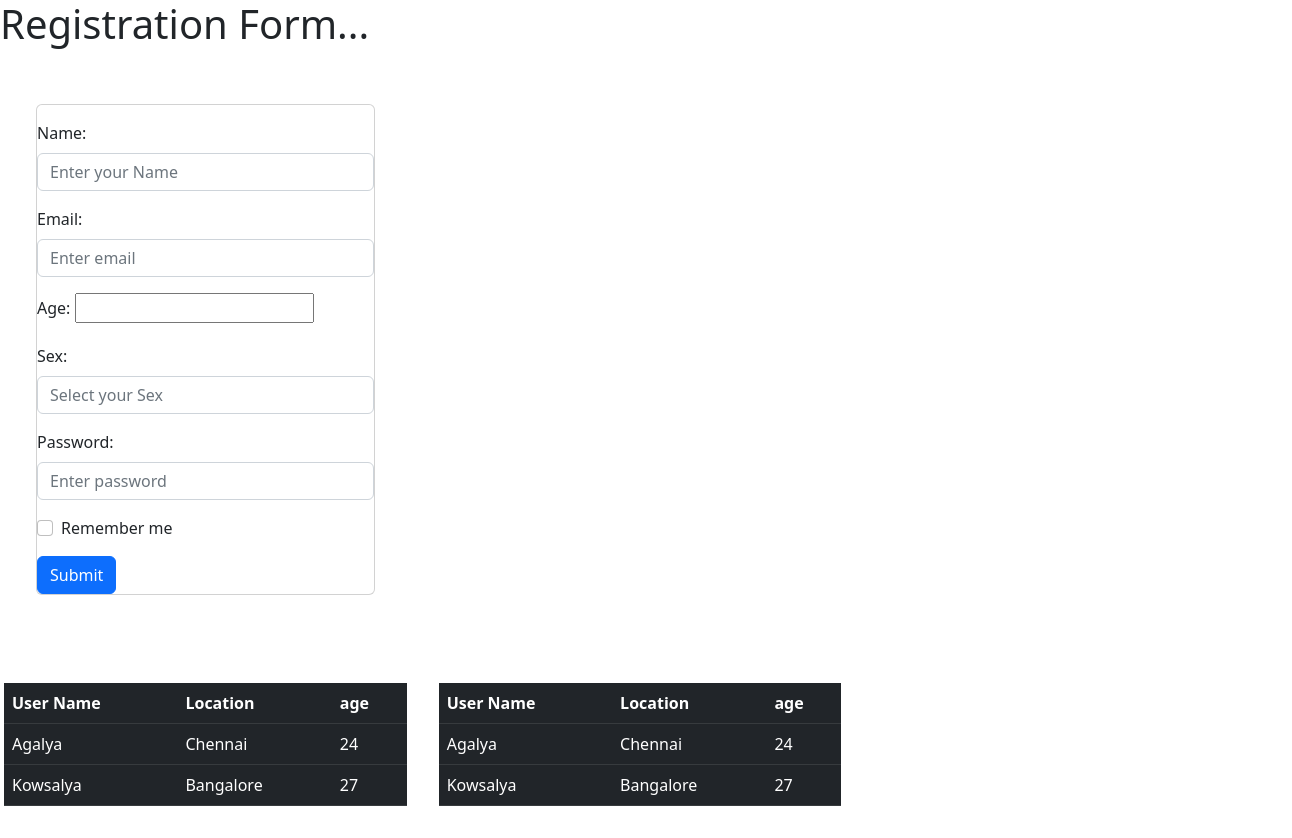
Repository: rajeshkannane/java1
Page: Form/public/index.html
These files come from the project's save history. The page is drawn as it stood at one moment and after the next save; the edit follows.
The browser window is 1280 px wide. The page is 1292 px wide, so the pictures cover 1292 px, including what lies to the right of the window. The pictures show the whole page.

Above is the page before, as saved 2022-11-16 12:42:31.

After the next save:
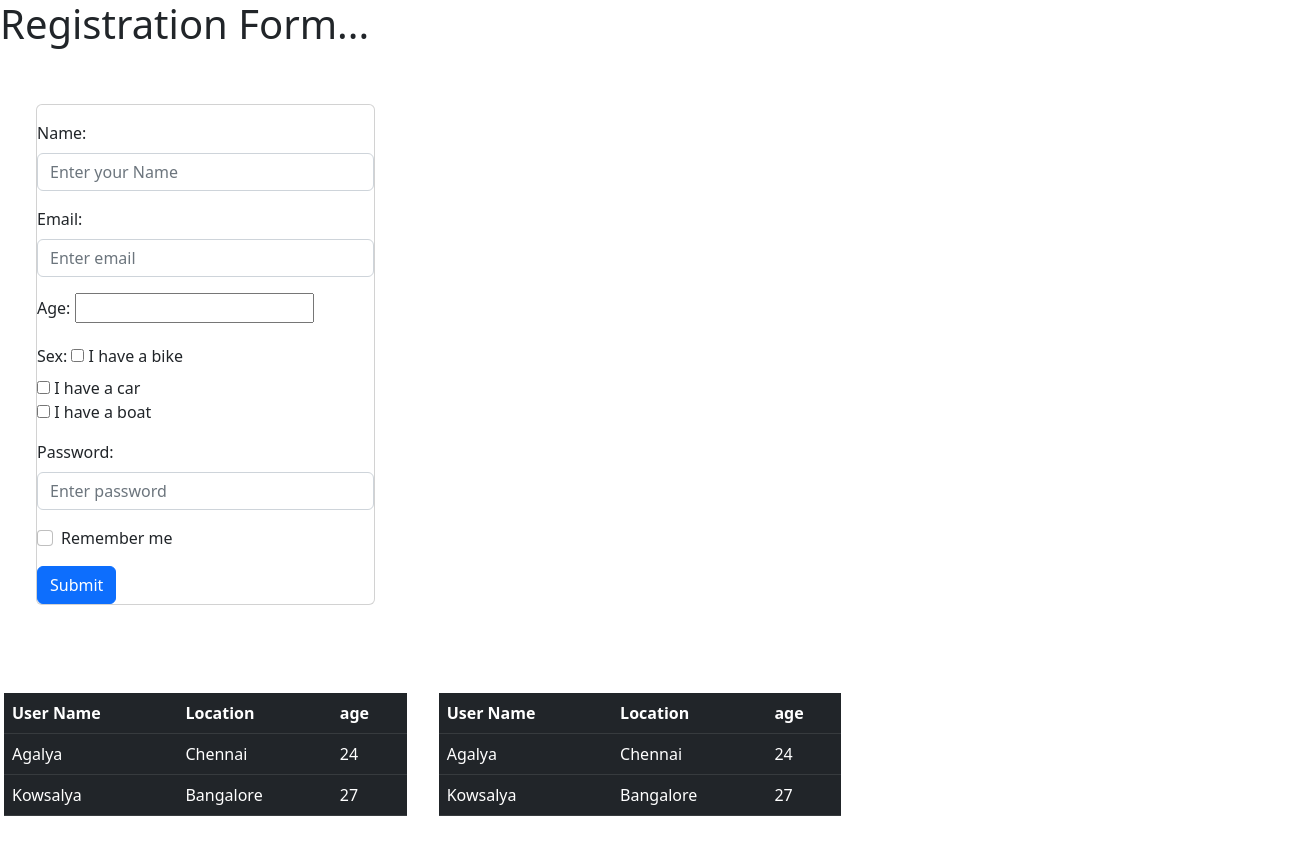
Saved 2 min 13 s later.
--- a/Form/public/index.html
+++ b/Form/public/index.html
@@ -27,7 +27,14 @@
   </div>
    <div class="mb-3 mt-3">
     <label for="Sex" class="form-label">Sex:</label>
-    <input type="Sex" class="form-control" id="Sex" placeholder="Select your Sex" name="Sex">
+
+  <input type="checkbox" id="Sex" name="Male" value="Male">
+  <label for="vehicle1"> I have a bike</label><br>
+  <input type="checkbox" id="Sex" name="Female" value="Female">
+  <label for="vehicle2"> I have a car</label><br>
+  <input type="checkbox" id="Sex" name="Others" value="Others">
+  <label for="vehicle3"> I have a boat</label>
+
   </div>
   <div class="mb-3">
     <label for="pwd" class="form-label">Password:</label>
